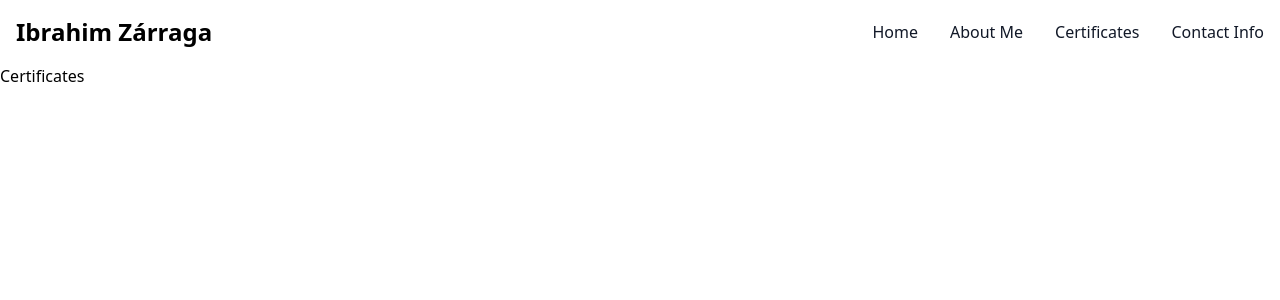
Repository: JetPi/Presentatio-Project
Page: /about/certificates
These files come from the project's save history. The page is drawn as it stood at one moment and after the next save; the edit follows.
The browser window is 1280 px wide. The pictures show the whole page.
The project was rebuilt for these pictures with package versions that can differ from the ones it lists, and the page was loaded fresh each time. The framework's server and built-in components were replaced by stand-ins that run in the browser. Also part of the build but not shown: next.config.js.

Above is the page before, as saved 2023-03-31 14:12:16.

### src/pages/_app.tsx
import "@/styles/globals.css";
import type { AppProps } from "next/app";
import { NavBar } from "@/components/NavBar";

const navList = [
  { text: "Home", href: "/" },
  { text: "About Me", href: "/about/me" },
  { text: "Certificates", href: "/about/certificates" },
  { text: "Contact Info", href: "/about/socials" },
];

export default function App({ Component, pageProps }: AppProps) {
  return (
    <>
      <NavBar navList={navList} />
      <Component {...pageProps} />
    </>
  );
}

### src/pages/about/certificates.tsx
export default function Testing() {
  return <div>Certificates</div>;
}

### src/styles/globals.css
@tailwind base;
@tailwind components;
@tailwind utilities;

:root {
  --max-width: 1100px;
  --border-radius: 12px;
  --font-mono: ui-monospace, Menlo, Monaco, "Cascadia Mono", "Segoe UI Mono",
    "Roboto Mono", "Oxygen Mono", "Ubuntu Monospace", "Source Code Pro",
    "Fira Mono", "Droid Sans Mono", "Courier New", monospace;

  --foreground-rgb: 0, 0, 0;
  --background-start-rgb: 214, 219, 220;
  --background-end-rgb: 255, 255, 255;

  --primary-glow: conic-gradient(
    from 180deg at 50% 50%,
    #16abff33 0deg,
    #0885ff33 55deg,
    #54d6ff33 120deg,
    #0071ff33 160deg,
    transparent 360deg
  );
  --secondary-glow: radial-gradient(
    rgba(255, 255, 255, 1),
    rgba(255, 255, 255, 0)
  );

  --tile-start-rgb: 239, 245, 249;
  --tile-end-rgb: 228, 232, 233;
  --tile-border: conic-gradient(
    #00000080,
    #00000040,
    #00000030,
    #00000020,
    #00000010,
    #00000010,
    #00000080
  );

  --callout-rgb: 238, 240, 241;
  --callout-border-rgb: 172, 175, 176;
  --card-rgb: 180, 185, 188;
  --card-border-rgb: 131, 134, 135;
}

@media (prefers-color-scheme: dark) {
  :root {
    --foreground-rgb: 255, 255, 255;
    --background-start-rgb: 0, 0, 0;
    --background-end-rgb: 0, 0, 0;

    --primary-glow: radial-gradient(rgba(1, 65, 255, 0.4), rgba(1, 65, 255, 0));
    --secondary-glow: linear-gradient(
      to bottom right,
      rgba(1, 65, 255, 0),
      rgba(1, 65, 255, 0),
      rgba(1, 65, 255, 0.3)
    );

    --tile-start-rgb: 2, 13, 46;
    --tile-end-rgb: 2, 5, 19;
    --tile-border: conic-gradient(
      #ffffff80,
      #ffffff40,
      #ffffff30,
      #ffffff20,
      #ffffff10,
      #ffffff10,
      #ffffff80
    );

    --callout-rgb: 20, 20, 20;
    --callout-border-rgb: 108, 108, 108;
    --card-rgb: 100, 100, 100;
    --card-border-rgb: 200, 200, 200;
  }
}

* {
  box-sizing: border-box;
  padding: 0;
  margin: 0;
}

html,
body {
  max-width: 100vw;
  overflow-x: hidden;
}

body {
  color: rgb(var(--foreground-rgb));
}

a {
  color: inherit;
  text-decoration: none;
}

@media (prefers-color-scheme: dark) {
  html {
    color-scheme: dark;
  }
}

### src/components/NavBar.tsx
import Image from "next/image";
import Link from "next/link";
import { ReactNode } from "react";
type NavData = {
  href: string;
  text: string;
};

interface Props {
  children?: ReactNode | string;
  href?: string;
  navList?: Array<NavData>;
}

function NavItem({ children, href }: Props) {
  return (
    <li>
      <Link
        href={{ pathname: href }}
        className="block py-2 pl-3 pr-4 text-gray-900 rounded hover:bg-gray-100 md:hover:bg-transparent md:border-0 md:hover:text-blue-700 md:p-0 dark:text-white md:dark:hover:text-blue-500 dark:hover:bg-gray-700 dark:hover:text-white md:dark:hover:bg-transparent"
      >
        {children}
      </Link>
    </li>
  );
}

export function NavBar({ navList }: Props) {
  return (
    <nav className="bg-white border-gray-200 dark:bg-gray-900">
      <div className="flex flex-wrap items-center justify-between max-w-screen-xl p-4 mx-auto">
        <span className="self-center text-2xl font-semibold whitespace-nowrap dark:text-white">
          Ibrahim Zárraga
        </span>
        <button
          data-collapse-toggle="navbar-default"
          type="button"
          className="inline-flex items-center p-2 ml-3 text-sm text-gray-500 rounded-lg md:hidden hover:bg-gray-100 focus:outline-none focus:ring-2 focus:ring-gray-200 dark:text-gray-400 dark:hover:bg-gray-700 dark:focus:ring-gray-600"
          aria-controls="navbar-default"
          aria-expanded="false"
        >
          <span className="sr-only">Open main menu</span>
          <svg
            className="w-6 h-6"
            aria-hidden="true"
            fill="currentColor"
            viewBox="0 0 20 20"
            xmlns="http://www.w3.org/2000/svg"
          >
            <path
              fillRule="evenodd"
              d="M3 5a1 1 0 011-1h12a1 1 0 110 2H4a1 1 0 01-1-1zM3 10a1 1 0 011-1h12a1 1 0 110 2H4a1 1 0 01-1-1zM3 15a1 1 0 011-1h12a1 1 0 110 2H4a1 1 0 01-1-1z"
              clipRule="evenodd"
            ></path>
          </svg>
        </button>
        <div className="hidden w-full md:block md:w-auto" id="navbar-default">
          <ul className="flex flex-col p-4 mt-4 font-medium border border-gray-100 rounded-lg md:p-0 bg-gray-50 md:flex-row md:space-x-8 md:mt-0 md:border-0 md:bg-white dark:bg-gray-800 md:dark:bg-gray-900 dark:border-gray-700">
            {navList?.map((item) => {
              return (
                <NavItem href={item.href} key={Math.random()}>
                  {item.text}
                </NavItem>
              );
            })}
          </ul>
        </div>
      </div>
    </nav>
  );
}

Loaded but not shown: src/pages/_document.tsx (common file); tailwind.config.js (common file)

After the next save:
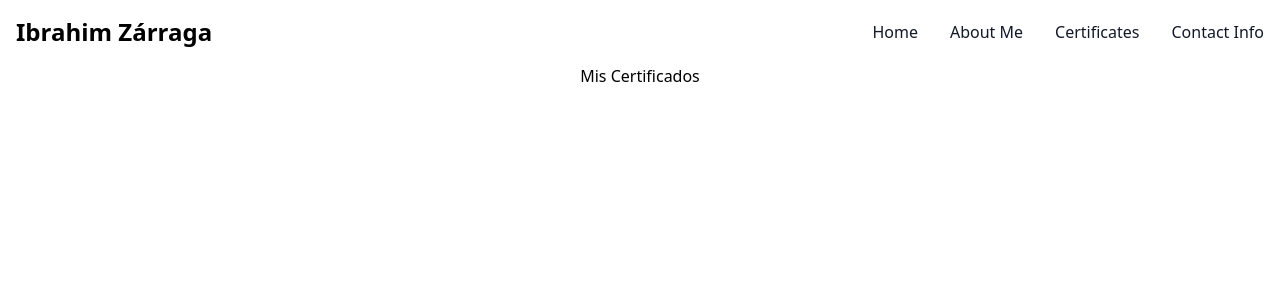
Saved 87 s later.
--- a/src/pages/about/certificates.tsx
+++ b/src/pages/about/certificates.tsx
@@ -1,3 +1,7 @@
 export default function Testing() {
-  return <div>Certificates</div>;
+  return (
+    <div>
+      <h5 className="flex justify-center">Mis Certificados</h5>
+    </div>
+  );
 }
